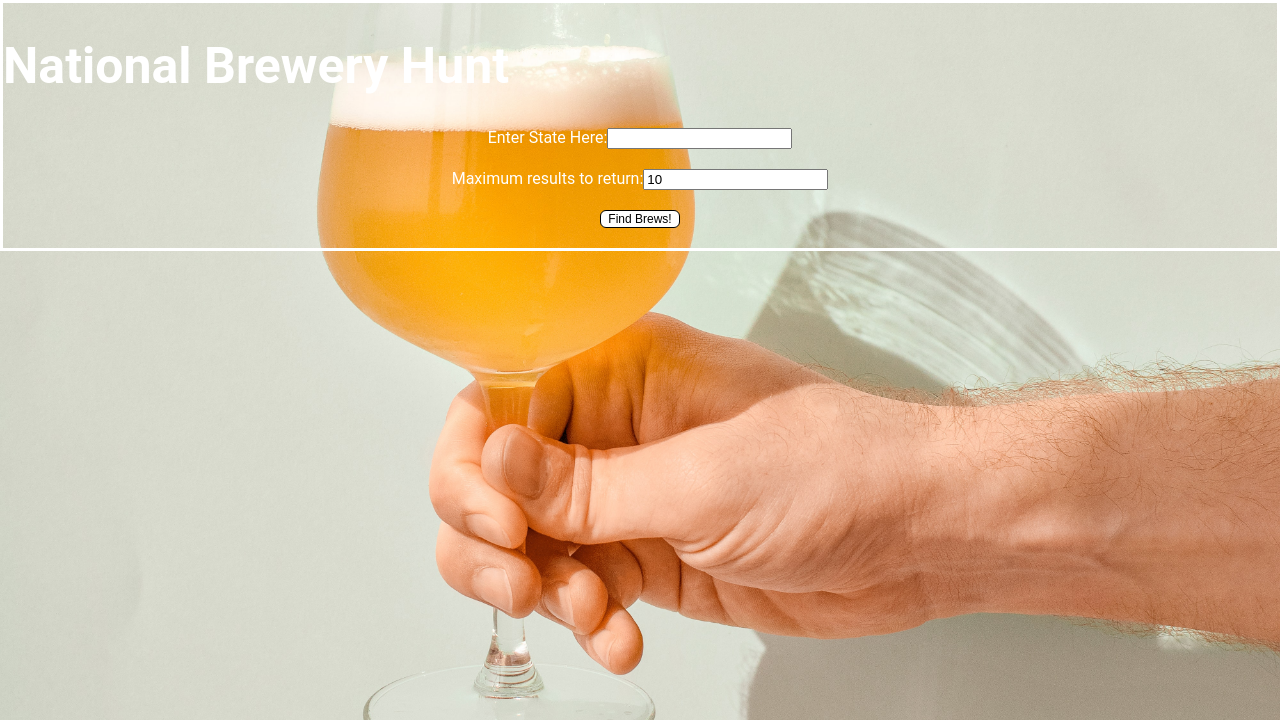
Repository: kaitlynMidori/searchBrews
Page: index.html
The author's editor kept a copy of each file at every save. The page is drawn from the files as they stood at one save, then again after the next save.
The browser window is 1280 px wide. The pictures show the whole page.

Above is the page before, as saved 2021-04-24 12:28:23.

### index.html
<!DOCTYPE html>
<html lang="en">

<head>
    <meta charset="UTF-8" />
    <meta name="viewport" content="width=device-width, initial-scale=1.0" />
    <meta http-equiv="X-UA-Compatible" content="ie=edge" />
    <title>National Brewery Hunt</title>
    <link rel="stylesheet" href="style.css" />
</head>

<body>
    <div id="container">
        <h1>National Brewery Hunt</h1>

        <form id="search-form">
            <p>
                <label for="by_state">Enter State Here:</label>
                    <input type="text" name="by_state" id="by_state" required />
            </p>

            <p>
                <label for="max-results">Maximum results to return: </label>
                    <input type="number" name="max-results" id="max-results" value="10" />
            </p>

            <p>
                <input type="submit" value="Find Brews!" class="submit" />
            </p>
        </form>

        <p id="error-message"></p>

        <section id="results" class="hidden">
            <h2>Search results</h2>
            <ol id="results-list"></ol>
        </section>
    </div>
    <script src="https://code.jquery.com/jquery-3.3.1.js" integrity="sha256-2Kok7MbOyxpgUVvAk/HJ2jigOSYS2auK4Pfzbm7uH60=" crossorigin="anonymous"></script>
    <script src="app.js"></script>
</body>

</html>
<!-- This app doesn't follow a11y best practices, and the JS file is incomplete. Complete the getBreweries, displayResults, and watchSubmit functions. When you're done, this app should allow a user to search for a state, and display a list of breweries in that state. The list should include the brewery's name and a link to their website. You should make requests to this API: https://www.openbrewerydb.org/ . Make any necessary adjustments to make this app accessible. -->

### style.css

body {
    font-family: "Roboto", sans-serif;
    color: white;

    margin: auto;
    background: cover;
    background: url("images/beer.jpg") no-repeat center center fixed;
    -webkit-background-size: 100% auto;

-moz-background-size: 100% auto;

-ms-background-size: 100% auto;

-o-background-size: 100% auto;

background-size: 100% auto;

    border: solid;
}

.hidden {
    display: none;
}

h1  {
    text-align: left;
    font-size: 50px;
}

h2 {
    text-align: left;
}

/* .search-form {
    text-align: center;
    display: flex;
    flex-direction: column;
    width: auto;
    border: 1px solid black;
    padding: 30px;
    margin-left: 100px;
    margin-right: 100px;
    margin-bottom: 50px;
    border-radius: 8px;
} */

legend {
    text-align: left;
}

form p {
    text-align: left;
    margin: 5px;
    display: flex;
    width: auto;
    justify-content: center;
    margin: 20px 0 20px 0;
}

/* .results-list {
    margin: auto;
    width: 50px;
    height: 25px;
    padding: 0px;
    text-align: left;
    margin-bottom: 10px;
    margin-top: 10px;
    border-radius: 6px;
} */



.submit {
    border: 1px solid black;
    background-color: white;
    justify-content: center;
    margin-left: auto;
    margin-right: auto;
    width: 80px;
    height: 18px;
    border-radius: 6px;
    padding: 1px;
    font-size: 12px;
}

.submit:hover {
    cursor: pointer;
}

/* .results-amount:hover {
    cursor: text;
} */


/*Results Styling*/

/* .results-display-container {
    margin: auto;
} */

/* .single-result {
    border: 1px solid rgb(177, 175, 175);
    margin: auto;
    border-radius: 8px;
    box-shadow: -1px 2px rgb(209, 209, 209);
    padding: 15px;
    width: 1000px;
    margin-bottom: 15px;
} */

### app.js
"use strict";

const searchURL = ("https://api.openbrewerydb.org/breweries");

 //format query params
function formatQueryParams(params) {
    //return object array with params
   const queryItems = Object.keys(params)
   //produce object map param string key
     .map(key => `${key}=${params[key]}`)
     //return array as string
   return queryItems.join('&');
 }

function displayResults(responseJson, maxResults) {

    // if there are previous results, remove them
    console.log(responseJson);
    $("#results-list").empty();

    // iterate through the data array
    // list brewery name, city, url
    for (let i = 0; i < responseJson.length; i++) {
    $("#results-list").append(`<li class="each-product-result">

    <h3 class="product-name">${responseJson[i].name}</h3>
    <p class="product-price">${responseJson[i].city}</p>
    <p>Brewery page: <a href=${responseJson[i].website_url}>${responseJson[i].website_url}</a></p><br>
    <br>
    </li>`
      )
  };
    //display the results section
    $("#results").removeClass("hidden");
}

//getBreweries function
function getBreweries(query, maxResults) {
    //set API paramaters
    const params = {
        by_state: query,
        per_page: maxResults,
    };
    //declare queryString as formatQueryParams
    const queryString = formatQueryParams(params);
    //declare url to bind user input string to searchUrl
    const url = searchURL + "?" + queryString;
    console.log(url);
    //initiate fetch request using pure promise to get JSON object
    fetch(url)
    //check for resolved promise
        .then((response) => {
            // if response = true
            if (response.ok) {
                //return response object
                return response.json();
            }
            //raise exception to reject promise error and trigger .catch
            throw new Error(response.statusText);
        })
        .then((responseJson) => displayResults(responseJson, maxResults))
        //Catch any errors and return message
        .catch((err) => {
            $("#error-message").text(`Something went wrong: ${err.message}`);
        });
}

function watchForm() {
    // Bind an event handler to the “submit” JavaScript event
    $("form").submit((event) => {
        // If this method is called, the default action of the event will not be triggered.
        event.preventDefault();
        let by_state = $("#by_state").val();
	// by_state = by_state.replace(/\s/g, '');
        const maxResults = $("#max-results").val();
        getBreweries(by_state, maxResults);
    });
}

//call jQuery to pass in callback function when page loads
$(watchForm);

After the next save:
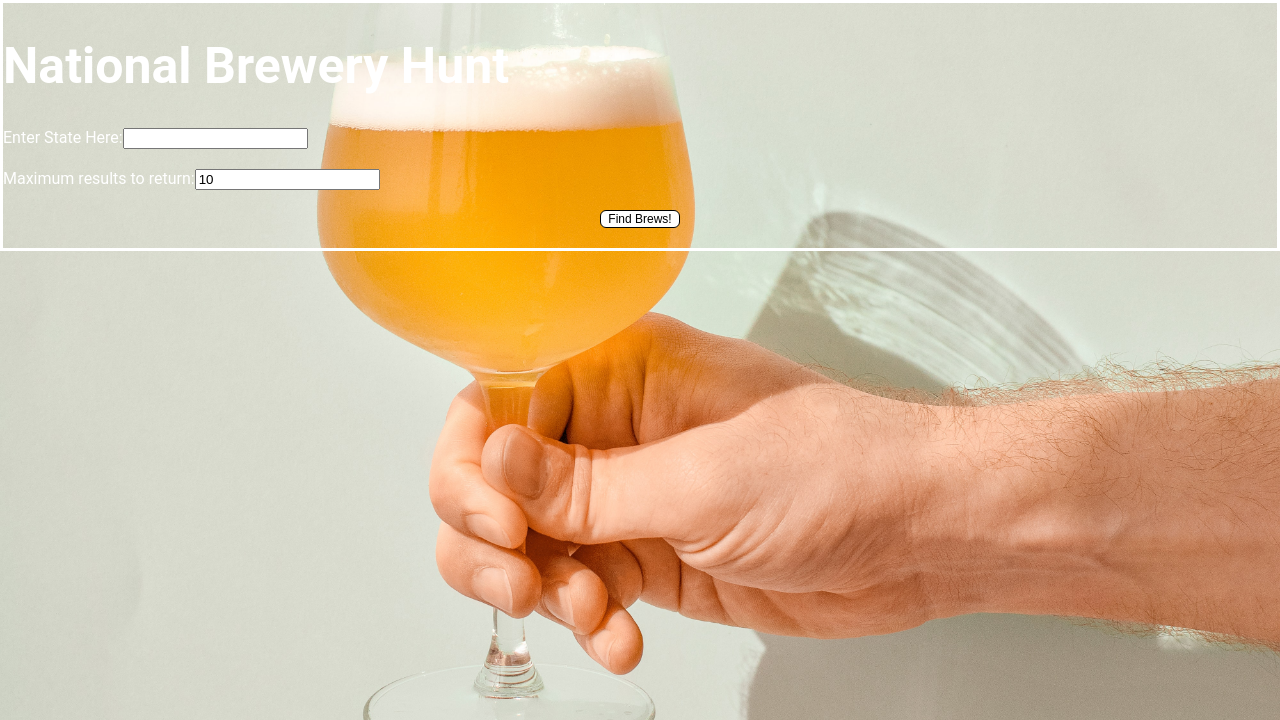
Saved 13 s later.
--- a/style.css
+++ b/style.css
@@ -50,11 +50,11 @@ legend {
 }
 
 form p {
-    text-align: left;
+
     margin: 5px;
     display: flex;
     width: auto;
-    justify-content: center;
+    justify-content: left;
     margin: 20px 0 20px 0;
 }
 
